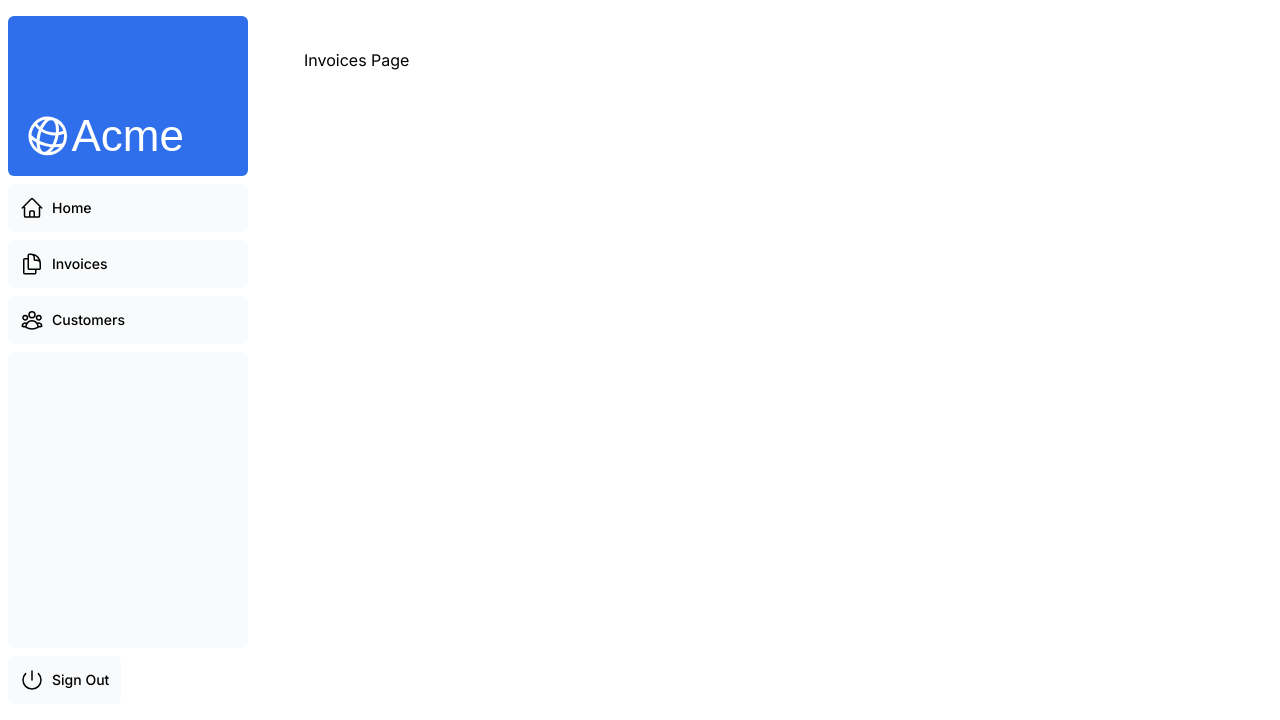
Repository: dev1siWoo/nextjs-dashboard
Page: /dashboard/invoices
The author's editor kept a copy of each file at every save. The page is drawn from the files as they stood at one save, then again after a run of saves.
The browser window is 1280 px wide. The pictures show the whole page.
Some web fonts or font styles are not loaded; a fallback is used. The project was rebuilt for these pictures with package versions that can differ from the ones it lists, and the page was loaded fresh each time. The framework's server and built-in components were replaced by stand-ins that run in the browser. Also part of the build but not shown: next.config.js.

Above is the page before, as saved 2023-10-27 19:25:46.

### app/layout.tsx
import "./ui/global.css"

import { inter } from "./ui/fonts"

export default function RootLayout({
	children,
}: {
	children: React.ReactNode
}) {
	return (
		<html lang='en'>
			<body className={`${inter.className} antialiased`}>{children}</body>
		</html>
	)
}

### app/dashboard/layout.tsx
import SideNav from "@/app/ui/dashboard/sidenav"

export default function Layout({ children }: { children: React.ReactNode }) {
	return (
		<div className='flex h-screen flex-col md:flex-row md:overflow-hidden'>
			<div className='w-full flex-none md:w-64'>
				<SideNav />
			</div>
			<div className='flex-grow p-6 md:overflow-y-auto md:p-12'>
				{children}
			</div>
		</div>
	)
}

### app/dashboard/invoices/page.tsx
import React from "react"

const page = () => {
	return (
		<div>
			<p>Invoices Page</p>
		</div>
	)
}

export default page

### app/ui/fonts.ts
import { Inter, Lusitana } from "next/font/google"

export const inter = Inter({ subsets: ["latin"] })
export const lusitana = Lusitana({
	weight: ["400", "700"],
	subsets: ["latin"],
})

### app/ui/dashboard/sidenav.tsx
import Link from 'next/link';
import NavLinks from '@/app/ui/dashboard/nav-links';
import AcmeLogo from '@/app/ui/acme-logo';
import { PowerIcon } from '@heroicons/react/24/outline';

export default function SideNav() {
  return (
    <div className="flex h-full flex-col px-3 py-4 md:px-2">
      <Link
        className="mb-2 flex h-20 items-end justify-start rounded-md bg-blue-600 p-4 md:h-40"
        href="/"
      >
        <div className="w-32 text-white md:w-40">
          <AcmeLogo />
        </div>
      </Link>
      <div className="flex grow flex-row justify-between space-x-2 md:flex-col md:space-x-0 md:space-y-2">
        <NavLinks />
        <div className="hidden h-auto w-full grow rounded-md bg-gray-50 md:block"></div>
        <form>
          <button className="flex h-[48px] grow items-center justify-center gap-2 rounded-md bg-gray-50 p-3 text-sm font-medium hover:bg-sky-100 hover:text-blue-600 md:flex-none md:justify-start md:p-2 md:px-3">
            <PowerIcon className="w-6" />
            <div className="hidden md:block">Sign Out</div>
          </button>
        </form>
      </div>
    </div>
  );
}

### app/ui/dashboard/nav-links.tsx
'use client'
import {
  UserGroupIcon,
  HomeIcon,
  DocumentDuplicateIcon,
} from '@heroicons/react/24/outline';
import Link from 'next/link';
import { usePathname } from 'next/navigation';
import clsx from 'clsx';

// Map of links to display in the side navigation.
// Depending on the size of the application, this would be stored in a database.
const links = [
  { name: 'Home', href: '/dashboard', icon: HomeIcon },
  {
    name: 'Invoices',
    href: '/dashboard/invoices',
    icon: DocumentDuplicateIcon,
  },
  { name: 'Customers', href: '/dashboard/customers', icon: UserGroupIcon },
];

export default function NavLinks() {
  const pathname = usePathname();
  return (
    <>
      {links.map((link) => {
        const LinkIcon = link.icon;
        return (
          <Link
            key={link.name}
            href={link.href}
            className={clsx("flex h-[48px] grow items-center justify-center gap-2 rounded-md bg-gray-50 p-3 text-sm font-medium hover:bg-sky-100 hover:text-blue-600 md:flex-none md:justify-start md:p-2 md:px-3",
            {

            },
            )}
          >
            <LinkIcon className="w-6" />
            <p className="hidden md:block">{link.name}</p>
          </Link>
        );
      })}
    </>
  );
}

Loaded but not shown: app/ui/global.css (common file); app/ui/acme-logo.tsx (common file); tailwind.config.ts (common file)

After the next 12 saves:
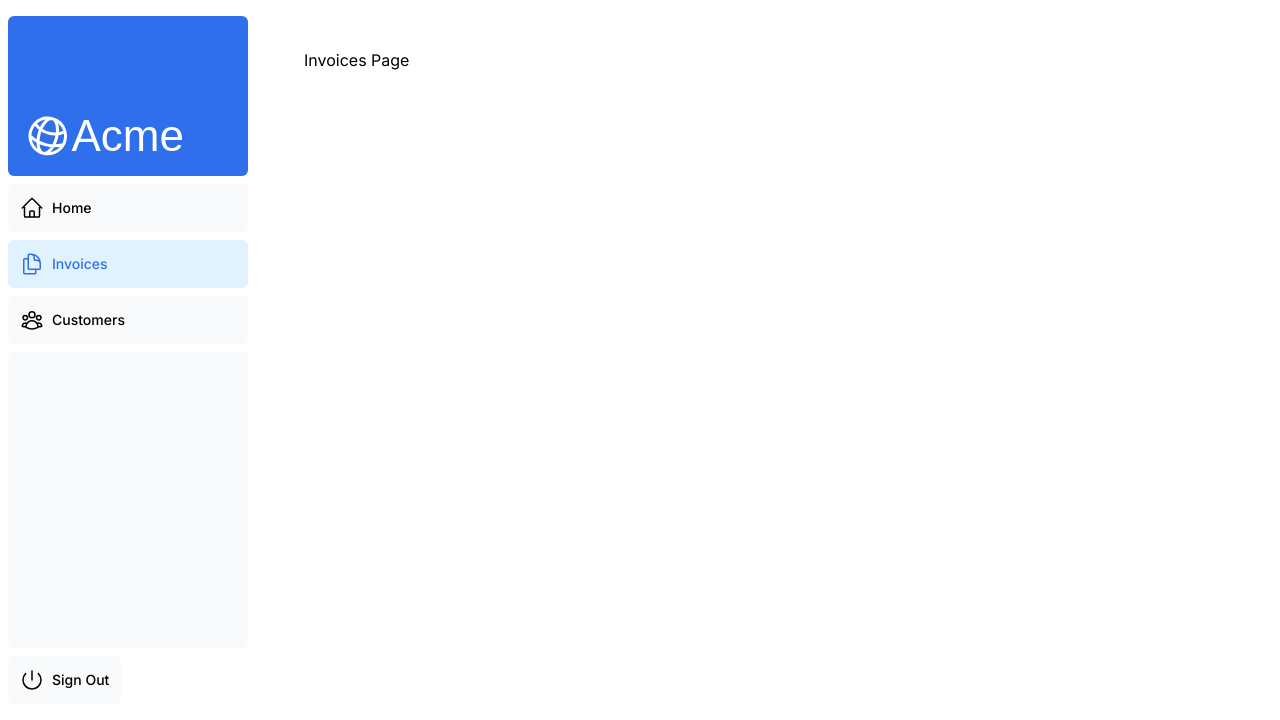
The 12 saves are shown as one change because 3 did not build or start and some came seconds apart.
The last was saved 34 s later.
--- a/app/ui/dashboard/nav-links.tsx
+++ b/app/ui/dashboard/nav-links.tsx
@@ -32,7 +32,7 @@
             href={link.href}
             className={clsx("flex h-[48px] grow items-center justify-center gap-2 rounded-md bg-gray-50 p-3 text-sm font-medium hover:bg-sky-100 hover:text-blue-600 md:flex-none md:justify-start md:p-2 md:px-3",
             {
-
+              'bg-sky-100 text-blue-600' : pathname === link.href
             },
             )}
           >
